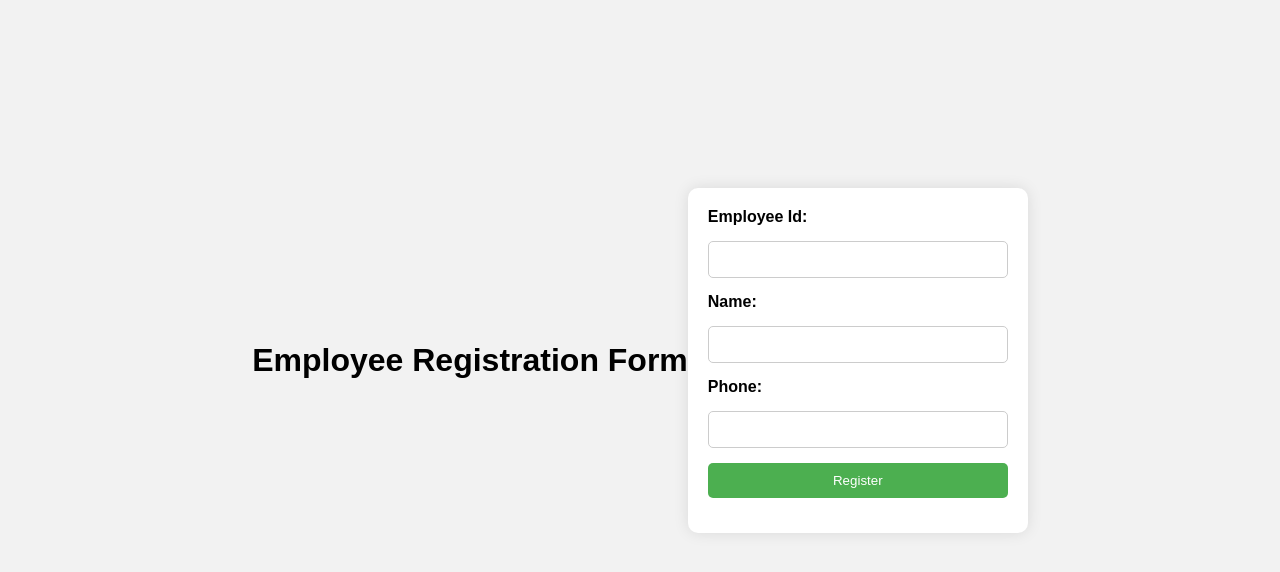
Repository: Akshay1416/Spring_MVC-Hiberneat-Project
Page: http://localhost/employee-mvc/register.jsp
The author's editor kept a copy of each file at every save. The page is drawn from the files as they stood at one save, then again after the next save.
The browser window is 1280 px wide. The pictures show the whole page.
The page is served by Tomcat 9.

Above is the page before, as saved 2024-10-15 14:11:54.

After the next save:
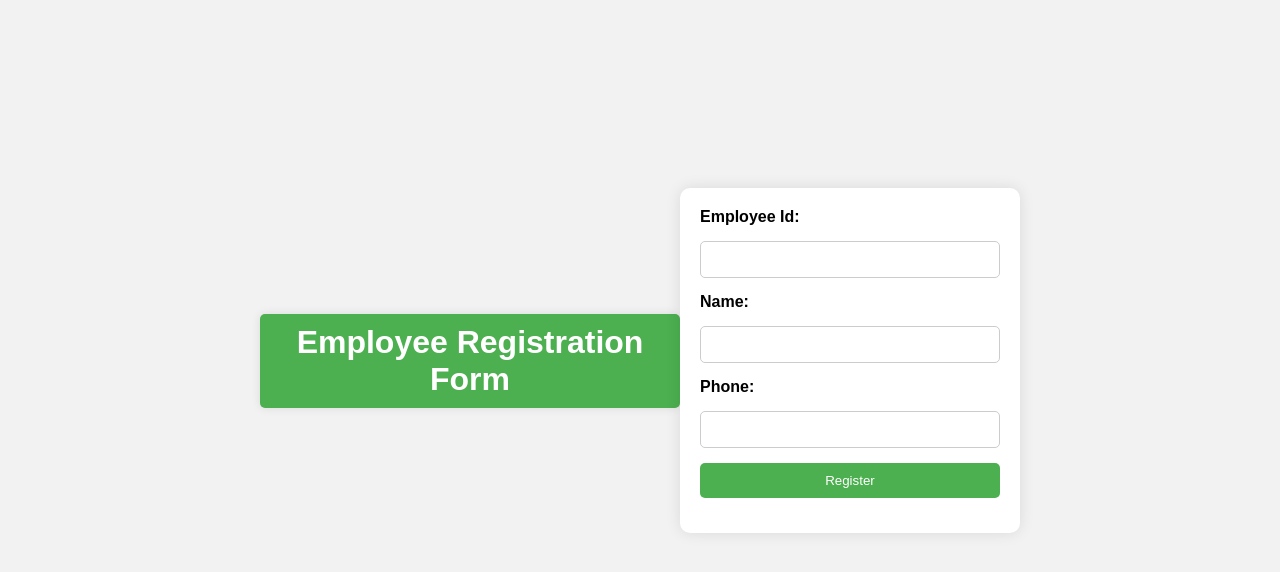
Saved 80 s later.
--- a/employee-mvc/src/main/webapp/register.jsp
+++ b/employee-mvc/src/main/webapp/register.jsp
@@ -14,6 +14,19 @@
             align-items: center;
             height: 100vh;
             margin: 0;
+        }
+         h1 {
+            color: #333;
+            font-size: 2em;
+            text-align: center;
+            margin-bottom: 20px;
+            padding: 10px;
+            background-color: #4CAF50;
+            color: white;
+            border-radius: 5px;
+            width: 100%;
+            max-width: 400px;
+            box-shadow: 0 0 10px rgba(0, 0, 0, 0.1);
         }
 
         form {
